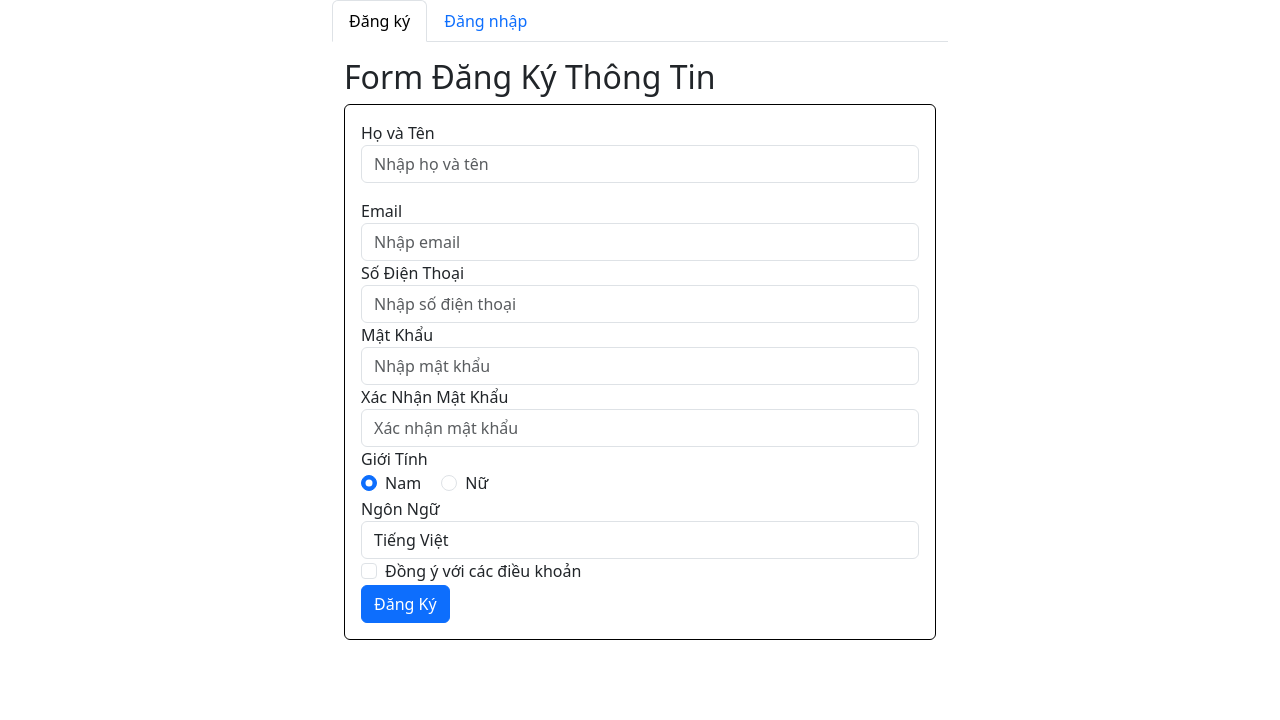
Repository: KizukoHeiwa/SOF308
Page: Lab2/bai3.html
The author's editor kept a copy of each file at every save. The page is drawn from the files as they stood at one save, then again after the next save.
The browser window is 1280 px wide. The pictures show the whole page.

Above is the page before, as saved 2024-11-07 10:20:32.

### Lab2/bai3.html
<!DOCTYPE html>
<html lang="en">

<head>
    <meta charset="UTF-8">
    <meta name="viewport" content="width=device-width, initial-scale=1.0">
    <title>FPT Polytechnic</title>
</head>

<body>
    <div class="container-fluid w-50">
        <ul class="nav nav-tabs" role="tablist">
            <li class="nav-item">
                <a href="#register" class="nav-link active" data-bs-toggle="tab">Đăng ký</a>
            </li>
            <li class="nav-item">
                <a href="#login" class="nav-link" data-bs-toggle="tab">Đăng nhập</a>
            </li>
        </ul>
        <div class="tab-content">
            <div id="register" class="container tab-pane active mt-3">
                <h2>Form Đăng Ký Thông Tin</h2>
                <form class="border border-black rounded p-3">
                    <div class="form-group mb-3">
                        <label for="fullName">Họ và Tên</label>
                        <input type="text" class="form-control" id="fullName" placeholder="Nhập họ và tên">
                    </div>
                    <div class="form-group">
                        <label for="email">Email</label>
                        <input type="email" class="form-control" id="email" placeholder="Nhập email">
                    </div>
                    <div class="form-group">
                        <label for="phoneNumber">Số Điện Thoại</label>
                        <input type="text" class="form-control" id="phoneNumber" placeholder="Nhập số điện thoại">
                    </div>
                    <div class="form-group">
                        <label for="password">Mật Khẩu</label>
                        <input type="password" class="form-control" id="password" placeholder="Nhập mật khẩu">
                    </div>
                    <div class="form-group">
                        <label for="confirmPassword">Xác Nhận Mật Khẩu</label>
                        <input type="password" class="form-control" id="confirmPassword"
                            placeholder="Xác nhận mật khẩu">
                    </div>
                    <div class="form-group">
                        <label>Giới Tính</label><br>
                        <div class="form-check form-check-inline">
                            <input class="form-check-input" type="radio" name="gender" id="genderMale" value="male" checked>
                            <label class="form-check-label" for="genderMale">Nam</label>
                        </div>
                        <div class="form-check form-check-inline">
                            <input class="form-check-input" type="radio" name="gender" id="genderFemale" value="female">
                            <label class="form-check-label" for="genderFemale">Nữ</label>
                        </div>
                    </div>
                    <div class="form-group">
                        <label for="language">Ngôn Ngữ</label>
                        <select class="form-control" id="language">
                            <option>Tiếng Việt</option>
                            <option>English</option>
                        </select>
                    </div>
                    <div class="form-group form-check">
                        <input type="checkbox" class="form-check-input" id="agreeTerms">
                        <label class="form-check-label" for="agreeTerms">Đồng ý với các điều khoản</label>
                    </div>
                    <button type="submit" class="btn btn-primary">Đăng Ký</button>
                </form>
            </div>
            <div id="login" class="container tab-pane fade mt-3">
                <h2>Form Đăng Nhập</h2>
                <form>
                    <div class="form-group">
                        <label for="loginEmail">Email</label>
                        <input type="email" class="form-control" id="loginEmail" placeholder="Nhập email">
                    </div>
                    <div class="form-group">
                        <label for="loginPassword">Mật Khẩu</label>
                        <input type="password" class="form-control" id="loginPassword" placeholder="Nhập mật khẩu">
                    </div>
                    <button type="submit" class="btn btn-primary">Đăng Nhập</button>
                </form>
            </div>
        </div>
    </div>
    <link href="https://cdn.jsdelivr.net/npm/bootstrap@5.3.3/dist/css/bootstrap.min.css" rel="stylesheet">
    <link rel="stylesheet" href="https://cdnjs.cloudflare.com/ajax/libs/font-awesome/6.0.0-beta3/css/all.min.css">
    <script src="https://cdn.jsdelivr.net/npm/bootstrap@5.3.3/dist/js/bootstrap.bundle.min.js"></script>
</body>

</html>

After the next save:
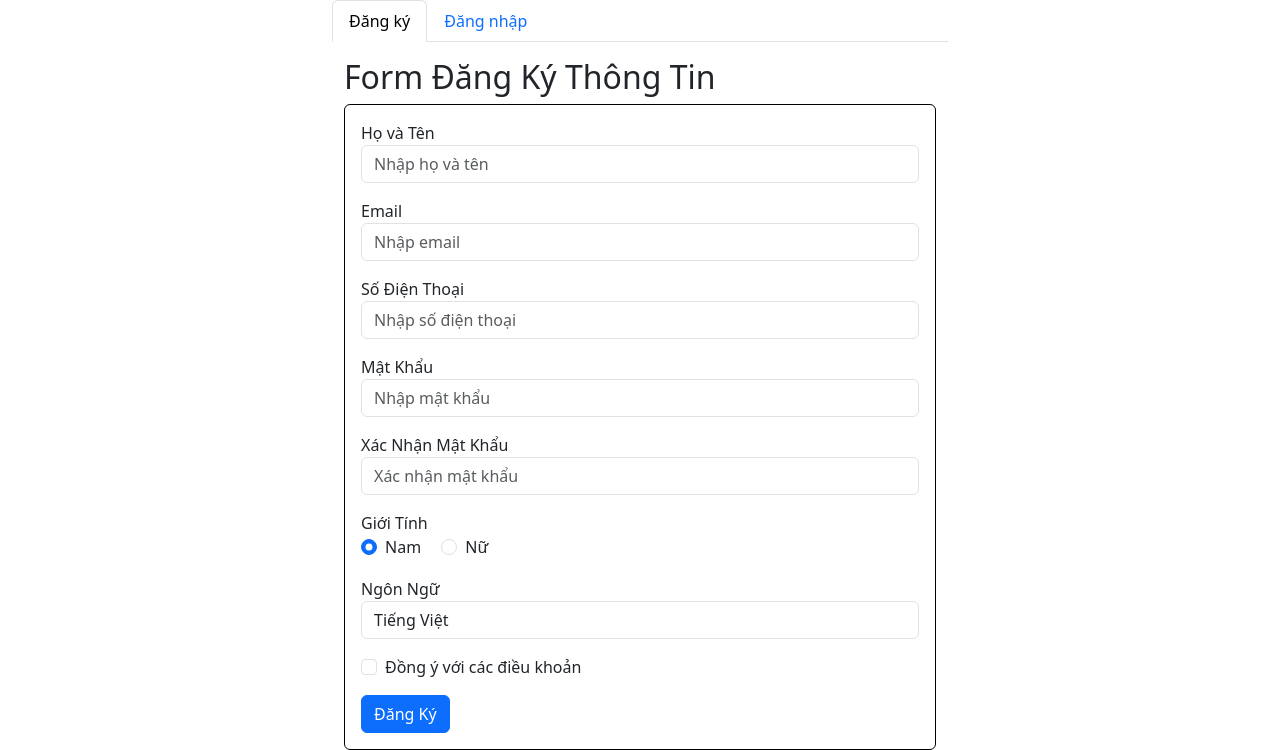
Saved 13 s later.
--- a/Lab2/bai3.html
+++ b/Lab2/bai3.html
@@ -25,24 +25,24 @@
                         <label for="fullName">Họ và Tên</label>
                         <input type="text" class="form-control" id="fullName" placeholder="Nhập họ và tên">
                     </div>
-                    <div class="form-group">
+                    <div class="form-group mb-3">
                         <label for="email">Email</label>
                         <input type="email" class="form-control" id="email" placeholder="Nhập email">
                     </div>
-                    <div class="form-group">
+                    <div class="form-group mb-3">
                         <label for="phoneNumber">Số Điện Thoại</label>
                         <input type="text" class="form-control" id="phoneNumber" placeholder="Nhập số điện thoại">
                     </div>
-                    <div class="form-group">
+                    <div class="form-group mb-3">
                         <label for="password">Mật Khẩu</label>
                         <input type="password" class="form-control" id="password" placeholder="Nhập mật khẩu">
                     </div>
-                    <div class="form-group">
+                    <div class="form-group mb-3">
                         <label for="confirmPassword">Xác Nhận Mật Khẩu</label>
                         <input type="password" class="form-control" id="confirmPassword"
                             placeholder="Xác nhận mật khẩu">
                     </div>
-                    <div class="form-group">
+                    <div class="form-group mb-3">
                         <label>Giới Tính</label><br>
                         <div class="form-check form-check-inline">
                             <input class="form-check-input" type="radio" name="gender" id="genderMale" value="male" checked>
@@ -53,14 +53,14 @@
                             <label class="form-check-label" for="genderFemale">Nữ</label>
                         </div>
                     </div>
-                    <div class="form-group">
+                    <div class="form-group mb-3">
                         <label for="language">Ngôn Ngữ</label>
                         <select class="form-control" id="language">
                             <option>Tiếng Việt</option>
                             <option>English</option>
                         </select>
                     </div>
-                    <div class="form-group form-check">
+                    <div class="form-group form-check mb-3">
                         <input type="checkbox" class="form-check-input" id="agreeTerms">
                         <label class="form-check-label" for="agreeTerms">Đồng ý với các điều khoản</label>
                     </div>
